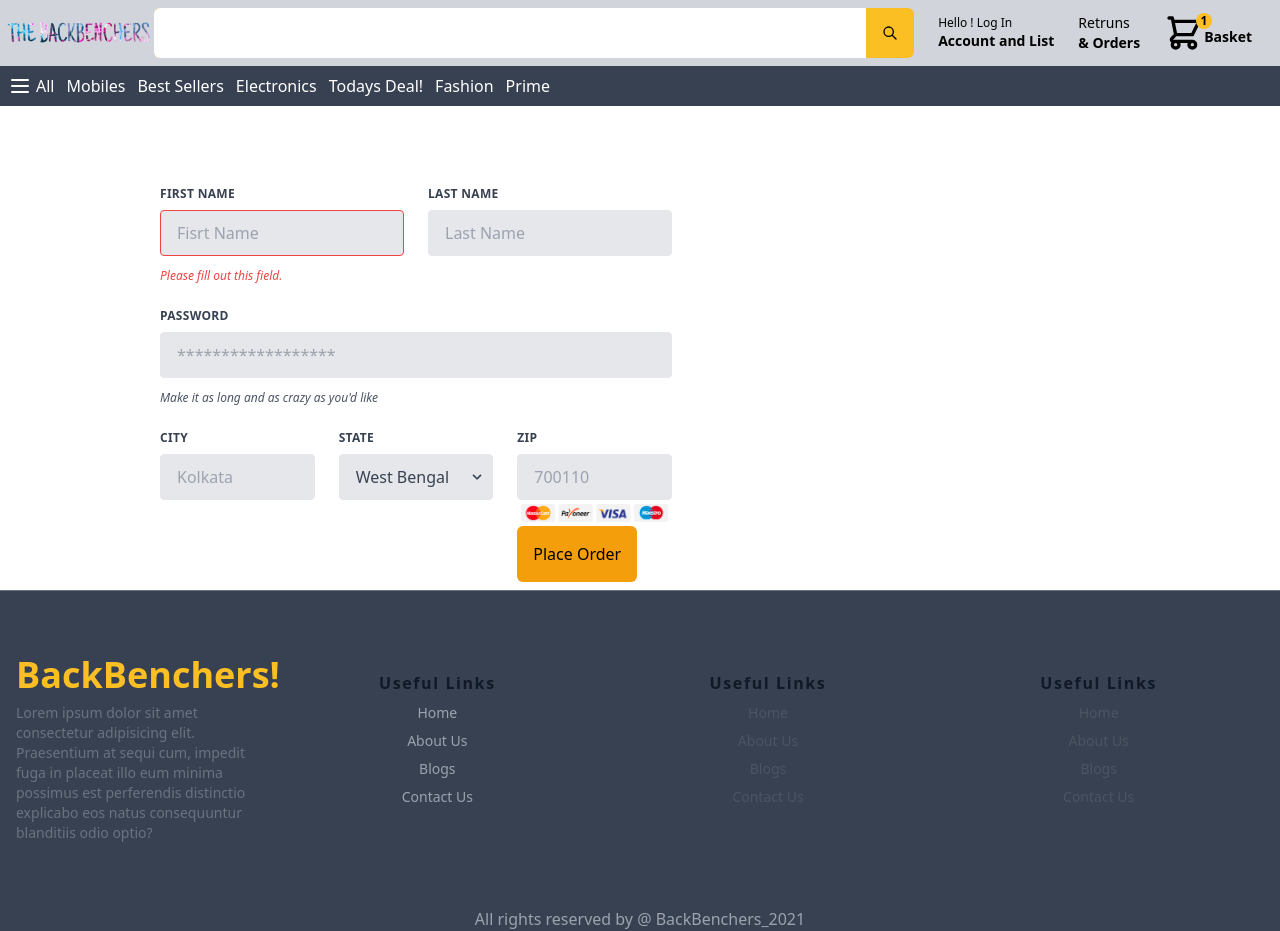
Repository: Alex0715/BackBench
Page: /Billing
The author's editor kept a copy of each file at every save. The page is drawn from the files as they stood at one save, then again after the next save.
The browser window is 1280 px wide. The pictures show the whole page.
The project was rebuilt for these pictures with package versions that can differ from the ones it lists, and the page was loaded fresh each time. The framework's server and built-in components were replaced by stand-ins that run in the browser. Also part of the build but not shown: next.config.js.

Above is the page before, as saved 2022-01-11 13:41:08.

### pages/Billing.js
import Header from "./components/Header"
import Link from "next/link";
import {useRouter} from "next/router";
import Footer from "./components/Footer";
import Image from "next/image";
function Billing() {

    const router= useRouter();
    return (
        <div>
            <Header />
            <div className="ml-40 mt-20 flex items-center">
            <form class="w-full max-w-lg">
  <div class="flex flex-wrap -mx-3 mb-6">
    <div class="w-full md:w-1/2 px-3 mb-6 md:mb-0">
      <label class="block uppercase tracking-wide text-gray-700 text-xs font-bold mb-2" for="grid-first-name">
        First Name
      </label>
      <input class="appearance-none block w-full bg-gray-200 text-gray-700 border border-red-500 rounded py-3 px-4 mb-3 leading-tight focus:outline-none focus:bg-white" id="grid-first-name" type="text" placeholder="Fisrt Name" />
      <p class="text-red-500 text-xs italic">Please fill out this field.</p>
    </div>
    <div class="w-full md:w-1/2 px-3">
      <label class="block uppercase tracking-wide text-gray-700 text-xs font-bold mb-2" for="grid-last-name">
        Last Name
      </label>
      <input class="appearance-none block w-full bg-gray-200 text-gray-700 border border-gray-200 rounded py-3 px-4 leading-tight focus:outline-none focus:bg-white focus:border-gray-500" id="grid-last-name" type="text" placeholder="Last Name"/>
    </div>
  </div>
  <div class="flex flex-wrap -mx-3 mb-6">
    <div class="w-full px-3">
      <label class="block uppercase tracking-wide text-gray-700 text-xs font-bold mb-2" for="grid-password">
        Password
      </label>
      <input class="appearance-none block w-full bg-gray-200 text-gray-700 border border-gray-200 rounded py-3 px-4 mb-3 leading-tight focus:outline-none focus:bg-white focus:border-gray-500" id="grid-password" type="password" placeholder="******************"/>
      <p class="text-gray-600 text-xs italic">Make it as long and as crazy as you'd like</p>
    </div>
  </div>
  <div class="flex flex-wrap -mx-3 mb-2">
    <div class="w-full md:w-1/3 px-3 mb-6 md:mb-0">
      <label class="block uppercase tracking-wide text-gray-700 text-xs font-bold mb-2" for="grid-city">
        City
      </label>
      <input class="appearance-none block w-full bg-gray-200 text-gray-700 border border-gray-200 rounded py-3 px-4 leading-tight focus:outline-none focus:bg-white focus:border-gray-500" id="grid-city" type="text" placeholder="Kolkata"/>
    </div>
    <div class="w-full md:w-1/3 px-3 mb-6 md:mb-0">
      <label class="block uppercase tracking-wide text-gray-700 text-xs font-bold mb-2" for="grid-state">
        State
      </label>
      <div class="relative">
        <select class="block appearance-none w-full bg-gray-200 border border-gray-200 text-gray-700 py-3 px-4 pr-8 rounded leading-tight focus:outline-none focus:bg-white focus:border-gray-500" id="grid-state">
          <option>West Bengal</option>
          <option>Andaman</option>
          <option>Goa</option>
        </select>
        <div class="pointer-events-none absolute inset-y-0 right-0 flex items-center px-2 text-gray-700">
          <svg class="fill-current h-4 w-4" xmlns="http://www.w3.org/2000/svg" viewBox="0 0 20 20"><path d="M9.293 12.95l.707.707L15.657 8l-1.414-1.414L10 10.828 5.757 6.586 4.343 8z"/></svg>
        </div>
      </div>
    </div>
    <div class="w-full md:w-1/3 px-3 mb-6 md:mb-0">
      <label class="block uppercase tracking-wide text-gray-700 text-xs font-bold mb-2" for="grid-zip">
        Zip
      </label>
      <input class="appearance-none block w-full bg-gray-200 text-gray-700 border border-gray-200 rounded py-3 px-4 leading-tight focus:outline-none focus:bg-white focus:border-gray-500" id="grid-zip" type="text" placeholder="700110"/>
      <Image className="p-1"
      src="/payment-method.png"
      width={750}
      height={150}
      />
      <Link href="/Thank">
      <button className="text-black bg-yellow-500  hover:bg-yellow-600 flex-grow-0 p-4 rounded-md">Place Order</button>
    </Link>
      {/* <button onClick= {()=> router.push("/Thank")} className="text-black bg-yellow-500  hover:bg-yellow-600 flex-grow-0 p-4 rounded-md">Place Order</button> */}

    </div>
  </div>
</form>
            </div>
            <Footer />
        </div>
    )
}

export default Billing

### styles/globals.css
@tailwind base;
@tailwind components;
@tailwind utilities;

@layer  components{
    .link{
        @apply cursor-pointer hover:underline
    }
}

### pages/components/Header.js
import Image from "next/image";
import {
    MenuIcon,
    ShoppingCartIcon,
    SearchIcon
} from "@heroicons/react/outline";
import {useRouter} from "next/router";
import { useSelector } from 'react-redux';
import React from "react";
import { selectItems } from "../slices/basketSlice";


function Header() {
    const router= useRouter();
    // const items = useSelector(selectItems);
    return (
        <header>
        <div className="bg-gray-300 flex flex-grow items-center p-1 py-2">
        <Image onClick= {()=> router.push('http://localhost:3000/')}
        src='/logoa.png'
        width={150}
        height={35}
        objectFit="contain"
        className='cursor-pointer'
        />
        <div  className="hidden sm:flex bg-yellow-400 flex items-center rounded-md flex-grow cursor-pointer hover:bg-yellow-500">
        <input className="p-3.5 h-full w-6 flex-grow rounded-l-md flex-shrink px-4" type="text" />
        <SearchIcon onClick= {()=> router.push('/productsheet')} className="h-12 p-4"/>
        </div>
        <div className="text-black flex items-center text-xs space-x-6 mx-6 whitespace-nowrap">
            <div className=" link ">
            <a href="https://www.amazon.in/ap/signin?openid.pape.max_auth_age=0&openid.return_to=https%3A%2F%2Fwww.amazon.in%2F%3Fref_%3Dnav_custrec_signin&openid.identity=http%3A%2F%2Fspecs.openid.net%2Fauth%2F2.0%2Fidentifier_select&openid.assoc_handle=inflex&openid.mode=checkid_setup&openid.claimed_id=http%3A%2F%2Fspecs.openid.net%2Fauth%2F2.0%2Fidentifier_select&openid.ns=http%3A%2F%2Fspecs.openid.net%2Fauth%2F2.0&" >Hello ! Log In</a>
            <p className="font-extrabold md:text-sm">Account and List</p>
            </div>
        <div className=" link ">
            <a href="https://www.amazon.in/ap/signin?_encoding=UTF8&accountStatusPolicy=P1&openid.assoc_handle=inamazon&openid.claimed_id=http%3A%2F%2Fspecs.openid.net%2Fauth%2F2.0%2Fidentifier_select&openid.identity=http%3A%2F%2Fspecs.openid.net%2Fauth%2F2.0%2Fidentifier_select&openid.mode=checkid_setup&openid.ns=http%3A%2F%2Fspecs.openid.net%2Fauth%2F2.0&openid.ns.pape=http%3A%2F%2Fspecs.openid.net%2Fextensions%2Fpape%2F1.0&openid.pape.max_auth_age=0&openid.return_to=https%3A%2F%2Fwww.amazon.in%2Fgp%2Fcss%2Forder-history%3Fie%3DUTF8%26ref_%3Dnav_orders_first&pageId=webcs-yourorder&showRmrMe=1" className=" md:text-sm">Retruns</a>
            <p className="font-extrabold md:text-sm">& Orders</p>
        </div>
        <div onClick={()=> router.push("/checkout")} className="relative cursor-pointer flex items-center link ">
            <span className="absolute top-0 right-0 text-black md:right-10 h-4 w-4 bg-yellow-400 text-center rounded-full font-bold">1</span>
            <ShoppingCartIcon className="h-10"/>
            <p className="hidden md:inline font-extrabold md:text-sm mt-2">Basket</p>
        </div>
        </div>
        </div>
{/* bottom */}
        <div className="bg-gray-700 flex items-center text-white p-2 space-x-3">
            <p onClick={() =>router.push("/")} className="link flex items-center">
                <MenuIcon className="h-6 mr-1"/>
                All
            </p>
            <a href="https://www.amazon.in/mobile-phones/b/?ie=UTF8&node=1389401031&ref_=nav_cs_mobiles_9292c6cb7b394d30b2467b8f631090a7" className="link">Mobiles </a>
            <a href="https://www.amazon.in/gp/bestsellers/?ref_=nav_cs_bestsellers_17d44cb01bd144359b81b1c10b84dd98" className="link">Best Sellers </a>
            <a href="https://www.amazon.in/electronics/b/?ie=UTF8&node=976419031&ref_=nav_cs_electronics_c5b70a82461a484189e700166599ce9f" className="link">Electronics </a>
            <a href="https://www.amazon.in/gp/goldbox?ref_=nav_cs_gb_5bf06ae8328043a2beb2754f40a54c84" className="link hidden sm:inline-flex">Todays Deal! </a>
            <a href="https://www.amazon.in/gp/browse.html?node=6648217031&ref_=nav_cs_fashion_ad6f81eb5d474066bc9e5788a3c19a28" className="link">Fashion </a>
            <a href="https://www.amazon.in/amazonprime?ref_=nav_cs_primelink_nonmember_2860122b63884a8688052dc445e46bd9" className="link">Prime </a>
            <a href="https://www.amazon.in/amazonprime?ref_=nav_cs_primelink_nonmember_2860122b63884a8688052dc445e46bd9" className="link hidden l  g:inline-flex">Join Prime !</a>
        </div>
        </header>
    )
}

export default Header

### pages/components/Footer.js
function Footer() {
    return (
        <div>
            <head>
    <link
      href="https://unpkg.com/tailwindcss@^2/dist/tailwind.min.css"
      rel="stylesheet"
    />
  </head>

  <body>
    <footer className="border-t border-gray-500 bg-gray-700">
      <div
        className="
          container
          flex flex-col flex-wrap
          px-4
          py-16
          mx-auto
          md:items-center
          lg:items-start
          md:flex-row md:flex-nowrap
        "
      >
        <div
          className="flex-shrink-0 w-64 mx-auto text-center md:mx-0 md:text-left"
        >
          <a
            className="
              flex
              items-center
              justify-center
              text-4xl
              font-bold
              text-yellow-400
              md:justify-start
            "
          >
            BackBenchers!
          </a>
          <p className="mt-2 text-sm text-gray-500">
            Lorem ipsum dolor sit amet consectetur adipisicing elit. Praesentium
            at sequi cum, impedit fuga in placeat illo eum minima possimus est
            perferendis distinctio explicabo eos natus consequuntur blanditiis
            odio optio?
          </p>
        </div>
        <div className="justify-between w-full mt-4 text-center lg:flex">
          <div className="w-full px-4 lg:w-1/3 md:w-1/2">
            <h2 className="mb-2 font-bold tracking-widest text-gray-900">
              Useful Links
            </h2>
            <ul className="mb-8 space-y-2 text-sm list-none">
              <li>
                <a className="text-gray-400 hover:text-gray-800">Home</a>
              </li>
              <li>
                <a className="text-gray-400 hover:text-gray-800">About Us</a>
              </li>
              <li>
                <a className="text-gray-400 hover:text-gray-800">Blogs</a>
              </li>
              <li>
                <a className="text-gray-400 hover:text-gray-800">Contact Us</a>
              </li>
            </ul>
          </div>
          <div className="w-full px-4 lg:w-1/3 md:w-1/2">
            <h2 className="mb-2 font-bold tracking-widest text-gray-900">
              Useful Links
            </h2>
            <ul className="mb-8 space-y-2 text-sm list-none">
              <li>
                <a className="text-gray-600 hover:text-gray-800">Home</a>
              </li>
              <li>
                <a className="text-gray-600 hover:text-gray-800">About Us</a>
              </li>
              <li>
                <a className="text-gray-600 hover:text-gray-800">Blogs</a>
              </li>
              <li>
                <a className="text-gray-600 hover:text-gray-800">Contact Us</a>
              </li>
            </ul>
          </div>
          <div className="w-full px-4 lg:w-1/3 md:w-1/2">
            <h2 className="mb-2 font-bold tracking-widest text-gray-900">
              Useful Links
            </h2>
            <ul className="mb-8 space-y-2 text-sm list-none">
              <li>
                <a className="text-gray-600 hover:text-gray-800">Home</a>
              </li>
              <li>
                <a className="text-gray-600 hover:text-gray-800">About Us</a>
              </li>
              <li>
                <a className="text-gray-600 hover:text-gray-800">Blogs</a>
              </li>
              <li>
                <a className="text-gray-600 hover:text-gray-800">Contact Us</a>
              </li>
            </ul>
          </div>
        </div>
      </div>
      <div className="flex justify-center">
        <p className="text-base text-gray-400">
          All rights reserved by @ BackBenchers_2021
        </p>
      </div>
    </footer>
  </body>
        </div>
    )
}

export default Footer

### pages/slices/basketSlice.js
import { createSlice } from "@reduxjs/toolkit";

const initialState = {
  items: [],
};

export const basketSlice = createSlice({
  name: "basket",
  initialState,
  reducers: {
    addToBasket: (state, action) => {
        state.items = [...state.items, action.payload]
    },
    removeFromBasket: (state, action) => {},
  },
})

export const { addToBasket, removeFromBasket } = basketSlice.actions;

// Selectors - This is how we pull information from the Global store slice
export const selectItems = (state) => state.basket.items;

export default basketSlice.reducer;

Loaded but not shown: pages/_app.js (common file); tailwind.config.js (common file)

After the next save:
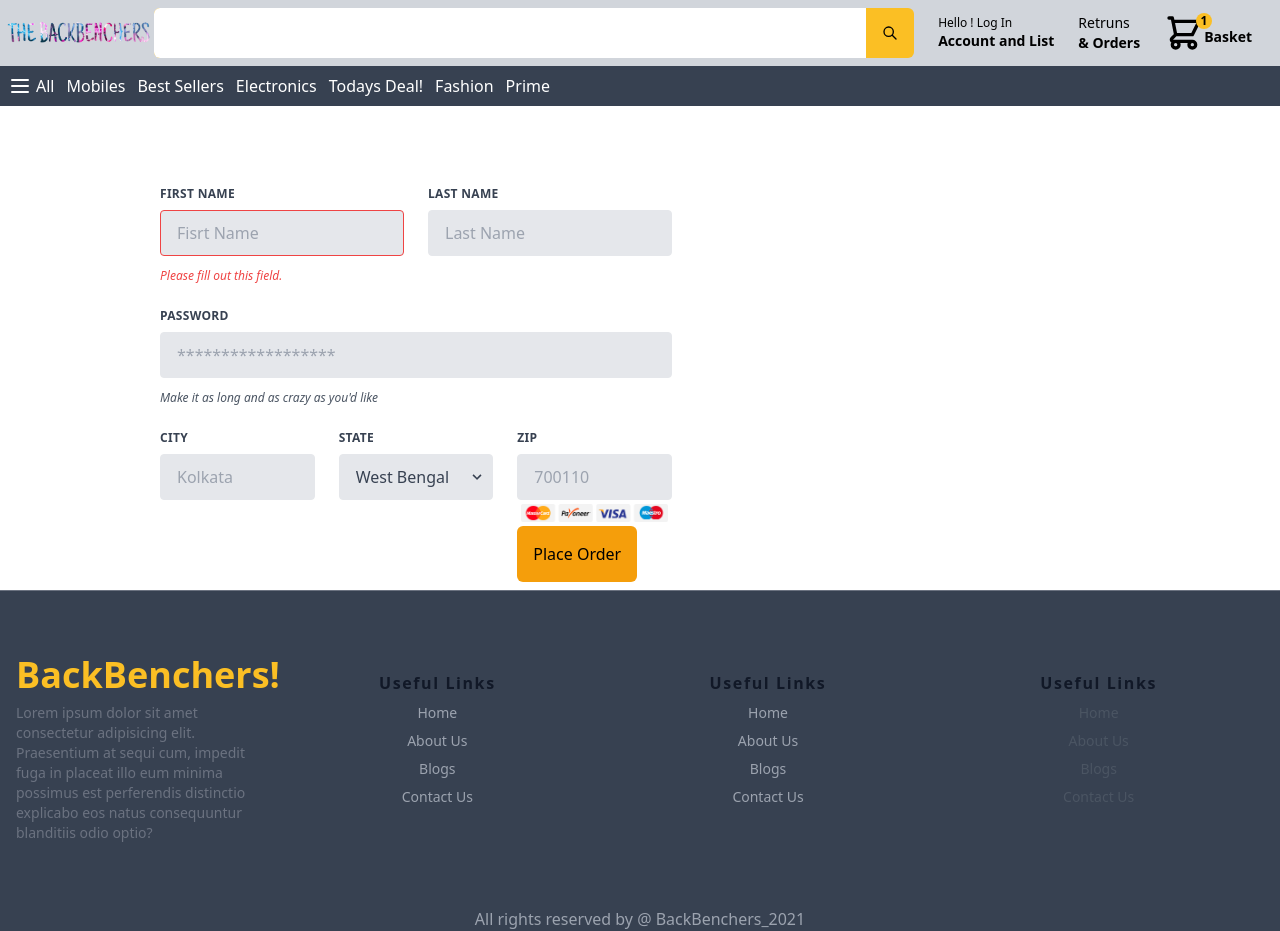
Saved 15 s later.
--- a/pages/components/Footer.js
+++ b/pages/components/Footer.js
@@ -71,16 +71,16 @@ function Footer() {
             </h2>
             <ul className="mb-8 space-y-2 text-sm list-none">
               <li>
-                <a className="text-gray-600 hover:text-gray-800">Home</a>
+                <a className="text-gray-400 hover:text-gray-800">Home</a>
               </li>
               <li>
-                <a className="text-gray-600 hover:text-gray-800">About Us</a>
+                <a className="text-gray-400 hover:text-gray-800">About Us</a>
               </li>
               <li>
-                <a className="text-gray-600 hover:text-gray-800">Blogs</a>
+                <a className="text-gray-400 hover:text-gray-800">Blogs</a>
               </li>
               <li>
-                <a className="text-gray-600 hover:text-gray-800">Contact Us</a>
+                <a className="text-gray-400 hover:text-gray-800">Contact Us</a>
               </li>
             </ul>
           </div>
